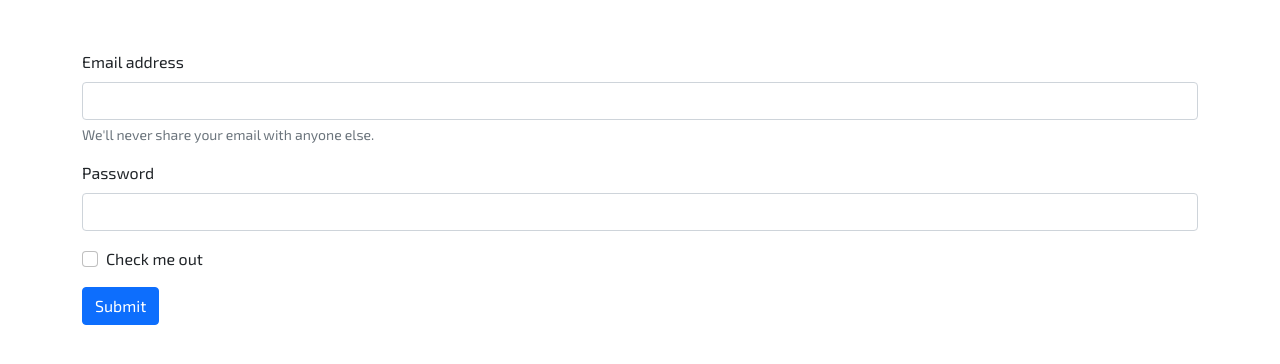
Repository: yozuul/wildberries-product-card-parser-api-exchange
Page: public/index.html
These files come from the project's save history. The page is drawn as it stood at one moment and after the next save; the edit follows.
The browser window is 1280 px wide. The pictures show the whole page.

Above is the page before, as saved 2021-08-18 18:57:12.

After the next save:
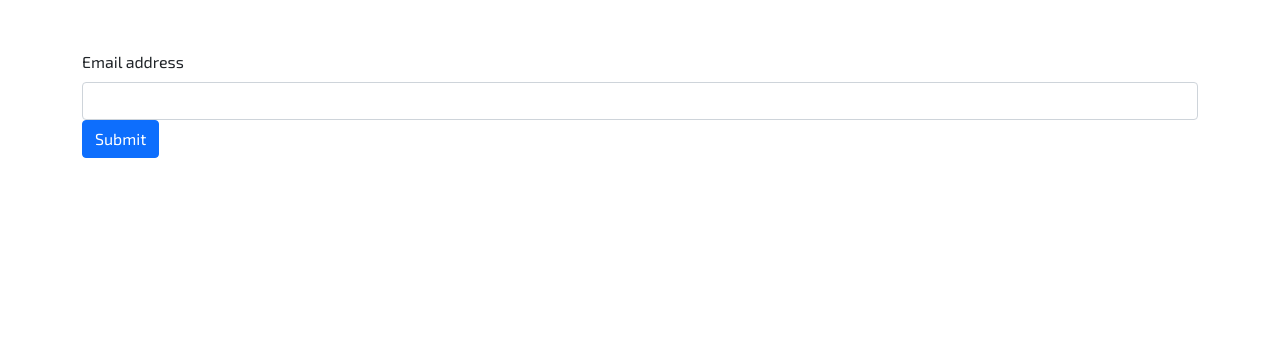
Saved 21 s later.
--- a/public/index.html
+++ b/public/index.html
@@ -18,17 +18,9 @@
             <div class="mb-3">
               <label for="exampleInputEmail1" class="form-label">Email address</label>
               <input type="email" class="form-control" id="exampleInputEmail1" aria-describedby="emailHelp">
-              <div id="emailHelp" class="form-text">We'll never share your email with anyone else.</div>
+              <button type="submit" class="btn btn-primary">Submit</button>
             </div>
-            <div class="mb-3">
-              <label for="exampleInputPassword1" class="form-label">Password</label>
-              <input type="password" class="form-control" id="exampleInputPassword1">
-            </div>
-            <div class="mb-3 form-check">
-              <input type="checkbox" class="form-check-input" id="exampleCheck1">
-              <label class="form-check-label" for="exampleCheck1">Check me out</label>
-            </div>
-            <button type="submit" class="btn btn-primary">Submit</button>
+
           </form>
          <!-- <div class="col">
             <h3>Парсер</h3>
